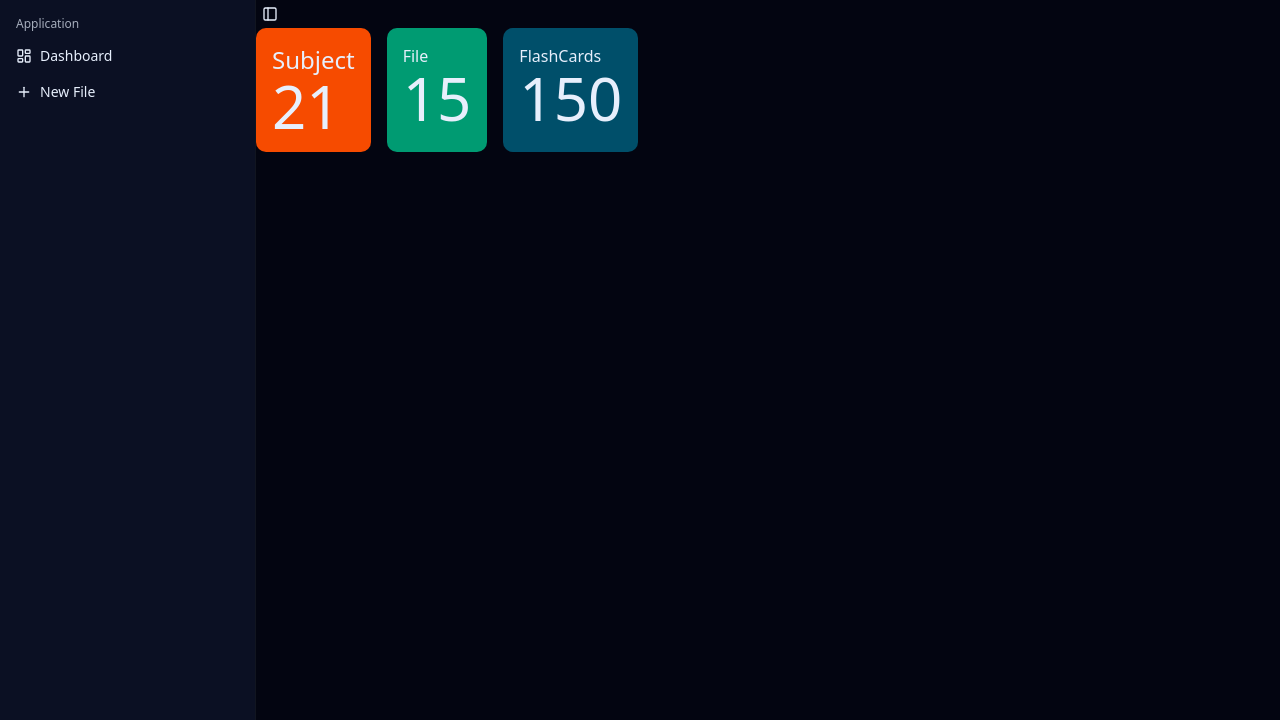
Repository: SywarDer/Student-Assistance
Page: /dashboard (app in student-assistant/)
These files come from the project's save history. The page is drawn as it stood at one moment and after the next save; the edit follows.
The browser window is 1280 px wide. The pictures show the whole page.
The project was rebuilt for these pictures with package versions that can differ from the ones it lists, and the page was loaded fresh each time. The framework's server and built-in components were replaced by stand-ins that run in the browser. Also part of the build but not shown: student-assistant/next.config.ts, student-assistant/components/ui/input.tsx, student-assistant/components/ui/separator.tsx, student-assistant/components/ui/skeleton.tsx. Imported but missing from the stored project, and not drawn on this page: student-assistant/components/ui/sheet.

Above is the page before, as saved 2025-10-30 19:54:39.

### student-assistant/app/layout.tsx
import type { Metadata } from "next";
import { Geist, Geist_Mono } from "next/font/google";
import "./globals.css";
import { SidebarProvider, SidebarTrigger } from "@/components/ui/sidebar";
import { AppSidebar } from "./home/components/navBar";

const geistSans = Geist({
  variable: "--font-geist-sans",
  subsets: ["latin"],
});

const geistMono = Geist_Mono({
  variable: "--font-geist-mono",
  subsets: ["latin"],
});

export const metadata: Metadata = {
  title: "Create Next App",
  description: "Generated by create next app",
};

export default function RootLayout({
children,
}: Readonly<{
  children: React.ReactNode;
}>) {
  return (
    <html lang="en">
      <body
        className={`${geistSans.variable} ${geistMono.variable} antialiased`}
      >
        <SidebarProvider>
      <AppSidebar />
      <main>
        <SidebarTrigger />
        {children}
         </main>
    </SidebarProvider>
      </body>
    </html>
  );
}

### student-assistant/app/dashboard/page.tsx
export default function Dashboard() {
    return (

        <div className="flex space-x-4">
            <div className="rounded-lg p-4" style={{
                backgroundColor: "var(--chart-1)",
                color: "var(--card-foreground)",
            }}>
                <h1 className="text-2xl">Subject</h1>
                <h1 className="text-6xl">21</h1>
            </div>
            <div className="rounded-lg p-4" style={{
                backgroundColor: "var(--chart-2)",
                color: "var(--card-foreground)",
            }}>
                <h1>File</h1>
                <h1 className="text-6xl">15</h1>
            </div>
            <div className="rounded-lg p-4" style={{
                backgroundColor: "var(--chart-3)",
                color: "var(--card-foreground)",
            }}>
                <h1>FlashCards</h1>
                <h1 className="text-6xl">150</h1>
            </div>
        </div>

    )
}

### student-assistant/app/globals.css
@import "tailwindcss";
@import "tw-animate-css";

@custom-variant dark (&:is(.dark *));

@theme inline {
  --color-background: var(--background);
  --color-foreground: var(--foreground);
  --font-sans: var(--font-geist-sans);
  --font-mono: var(--font-geist-mono);
  --color-sidebar-ring: var(--sidebar-ring);
  --color-sidebar-border: var(--sidebar-border);
  --color-sidebar-accent-foreground: var(--sidebar-accent-foreground);
  --color-sidebar-accent: var(--sidebar-accent);
  --color-sidebar-primary-foreground: var(--sidebar-primary-foreground);
  --color-sidebar-primary: var(--sidebar-primary);
  --color-sidebar-foreground: var(--sidebar-foreground);
  --color-sidebar: var(--sidebar);
  --color-chart-5: var(--chart-5);
  --color-chart-4: var(--chart-4);
  --color-chart-3: var(--chart-3);
  --color-chart-2: var(--chart-2);
  --color-chart-1: var(--chart-1);
  --color-ring: var(--ring);
  --color-input: var(--input);
  --color-border: var(--border);
  --color-destructive: var(--destructive);
  --color-accent-foreground: var(--accent-foreground);
  --color-accent: var(--accent);
  --color-muted-foreground: var(--muted-foreground);
  --color-muted: var(--muted);
  --color-secondary-foreground: var(--secondary-foreground);
  --color-secondary: var(--secondary);
  --color-primary-foreground: var(--primary-foreground);
  --color-primary: var(--primary);
  --color-popover-foreground: var(--popover-foreground);
  --color-popover: var(--popover);
  --color-card-foreground: var(--card-foreground);
  --color-card: var(--card);
  --radius-sm: calc(var(--radius) - 4px);
  --radius-md: calc(var(--radius) - 2px);
  --radius-lg: var(--radius);
  --radius-xl: calc(var(--radius) + 4px);
}

:root {
  --radius: 0.625rem;

  /* Base dark background & text */
  --background: oklch(0.12 0.03 270);        /* Dark gray-blue */
  --foreground: oklch(0.95 0.02 260);        /* Soft white */

  /* Cards & popovers */
  --card: oklch(0.18 0.04 270);              /* Slightly lighter than background */
  --card-foreground: var(--foreground);
  --popover: oklch(0.18 0.04 270);
  --popover-foreground: var(--foreground);

  /* Primary & secondary */
  --primary: oklch(0.6 0.12 260);            /* Deep blue */
  --primary-foreground: var(--foreground);
  --secondary: oklch(0.45 0.08 280);         /* Soft purple */
  --secondary-foreground: var(--foreground);

  /* Muted & accents */
  --muted: oklch(0.2 0.03 270);
  --muted-foreground: oklch(0.7 0.02 260);
  --accent: oklch(0.65 0.15 350);            /* Magenta/pinkish accent */
  --accent-foreground: var(--foreground);

  /* Destructive actions */
  --destructive: oklch(0.6 0.25 30);         /* Dark red */
  --border: oklch(0.3 0.02 270 / 40%);
  --input: oklch(0.15 0.03 270);             /* Slightly darker than card */
  --ring: oklch(0.5 0.03 270);

  /* Charts */
  --chart-1: oklch(0.65 0.22 40);
  --chart-2: oklch(0.6 0.15 170);
  --chart-3: oklch(0.4 0.08 230);
  --chart-4: oklch(0.6 0.18 300);
  --chart-5: oklch(0.55 0.2 50);

  /* Sidebar */
  --sidebar: oklch(0.18 0.04 270);
  --sidebar-foreground: var(--foreground);
  --sidebar-primary: var(--primary);
  --sidebar-primary-foreground: var(--foreground);
  --sidebar-accent: var(--accent);
  --sidebar-accent-foreground: var(--foreground);
  --sidebar-border: oklch(0.3 0.02 270 / 40%);
  --sidebar-ring: oklch(0.5 0.03 270);
}

/* Optional light mode toggle */
.light {
  --background: oklch(0.98 0.02 260);       /* Light gray */
  --foreground: oklch(0.12 0.03 270);       /* Dark text */

  --card: oklch(0.99 0.03 260);
  --card-foreground: var(--foreground);
  --popover: oklch(0.99 0.03 260);
  --popover-foreground: var(--foreground);

  --primary: oklch(0.2 0.05 260);
  --primary-foreground: var(--foreground);
  --secondary: oklch(0.5 0.1 280);
  --secondary-foreground: var(--foreground);

  --muted: oklch(0.85 0.03 270);
  --muted-foreground: oklch(0.35 0.02 260);
  --accent: oklch(0.8 0.2 350);
  --accent-foreground: var(--foreground);

  --destructive: oklch(0.9 0.25 30);
  --border: oklch(0.8 0.02 270 / 30%);
  --input: oklch(0.95 0.03 260);
  --ring: oklch(0.7 0.03 270);

  --chart-1: oklch(0.65 0.22 40);
  --chart-2: oklch(0.6 0.15 170);
  --chart-3: oklch(0.4 0.08 230);
  --chart-4: oklch(0.6 0.18 300);
  --chart-5: oklch(0.55 0.2 50);

  --sidebar: oklch(0.95 0.03 260);
  --sidebar-foreground: var(--foreground);
  --sidebar-primary: var(--primary);
  --sidebar-primary-foreground: var(--foreground);
  --sidebar-accent: var(--accent);
  --sidebar-accent-foreground: var(--foreground);
  --sidebar-border: oklch(0.8 0.02 270 / 30%);
  --sidebar-ring: oklch(0.7 0.03 270);
}



@layer base {
  * {
    @apply border-border outline-ring/50;
  }
  body {
    @apply bg-background text-foreground;
  }
}

### student-assistant/app/home/components/navBar.tsx
import { Calendar, Home, Inbox, LayoutDashboardIcon, PlusIcon, Search, Settings } from "lucide-react"

import {
  Sidebar,
  SidebarContent,
  SidebarGroup,
  SidebarGroupContent,
  SidebarGroupLabel,
  SidebarMenu,
  SidebarMenuButton,
  SidebarMenuItem,
} from "@/components/ui/sidebar"


const items = [
  {
    title: "Dashboard",
    url: "/dashboard",
    icon: LayoutDashboardIcon,
  },
  {
    title: "New File",
    url: "/new-file",
    icon: PlusIcon,
  },

]

export function AppSidebar() {
  return (
    <Sidebar>
      <SidebarContent>
        <SidebarGroup>
          <SidebarGroupLabel>Application</SidebarGroupLabel>
          <SidebarGroupContent>
            <SidebarMenu>
              {items.map((item) => (
                <SidebarMenuItem key={item.title}>
                  <SidebarMenuButton asChild>
                    <a href={item.url}>
                      <item.icon />
                      <span>{item.title}</span>
                    </a>
                  </SidebarMenuButton>
                </SidebarMenuItem>
              ))}
            </SidebarMenu>
          </SidebarGroupContent>
        </SidebarGroup>
      </SidebarContent>
    </Sidebar>
  )
}

### student-assistant/components/ui/button.tsx
import * as React from "react"
import { Slot } from "@radix-ui/react-slot"
import { cva, type VariantProps } from "class-variance-authority"

import { cn } from "@/lib/utils"

const buttonVariants = cva(
  "inline-flex items-center justify-center gap-2 whitespace-nowrap rounded-md text-sm font-medium transition-all disabled:pointer-events-none disabled:opacity-50 [&_svg]:pointer-events-none [&_svg:not([class*='size-'])]:size-4 shrink-0 [&_svg]:shrink-0 outline-none focus-visible:border-ring focus-visible:ring-ring/50 focus-visible:ring-[3px] aria-invalid:ring-destructive/20 dark:aria-invalid:ring-destructive/40 aria-invalid:border-destructive",
  {
    variants: {
      variant: {
        default: "bg-primary text-primary-foreground hover:bg-primary/90",
        destructive:
          "bg-destructive text-white hover:bg-destructive/90 focus-visible:ring-destructive/20 dark:focus-visible:ring-destructive/40 dark:bg-destructive/60",
        outline:
          "border bg-background shadow-xs hover:bg-accent hover:text-accent-foreground dark:bg-input/30 dark:border-input dark:hover:bg-input/50",
        secondary:
          "bg-secondary text-secondary-foreground hover:bg-secondary/80",
        ghost:
          "hover:bg-accent hover:text-accent-foreground dark:hover:bg-accent/50",
        link: "text-primary underline-offset-4 hover:underline",
      },
      size: {
        default: "h-9 px-4 py-2 has-[>svg]:px-3",
        sm: "h-8 rounded-md gap-1.5 px-3 has-[>svg]:px-2.5",
        lg: "h-10 rounded-md px-6 has-[>svg]:px-4",
        icon: "size-9",
        "icon-sm": "size-8",
        "icon-lg": "size-10",
      },
    },
    defaultVariants: {
      variant: "default",
      size: "default",
    },
  }
)

function Button({
  className,
  variant,
  size,
  asChild = false,
  ...props
}: React.ComponentProps<"button"> &
  VariantProps<typeof buttonVariants> & {
    asChild?: boolean
  }) {
  const Comp = asChild ? Slot : "button"

  return (
    <Comp
      data-slot="button"
      className={cn(buttonVariants({ variant, size, className }))}
      {...props}
    />
  )
}

export { Button, buttonVariants }

### student-assistant/components/ui/tooltip.tsx
"use client"

import * as React from "react"
import * as TooltipPrimitive from "@radix-ui/react-tooltip"

import { cn } from "@/lib/utils"

function TooltipProvider({
  delayDuration = 0,
  ...props
}: React.ComponentProps<typeof TooltipPrimitive.Provider>) {
  return (
    <TooltipPrimitive.Provider
      data-slot="tooltip-provider"
      delayDuration={delayDuration}
      {...props}
    />
  )
}

function Tooltip({
  ...props
}: React.ComponentProps<typeof TooltipPrimitive.Root>) {
  return (
    <TooltipProvider>
      <TooltipPrimitive.Root data-slot="tooltip" {...props} />
    </TooltipProvider>
  )
}

function TooltipTrigger({
  ...props
}: React.ComponentProps<typeof TooltipPrimitive.Trigger>) {
  return <TooltipPrimitive.Trigger data-slot="tooltip-trigger" {...props} />
}

function TooltipContent({
  className,
  sideOffset = 0,
  children,
  ...props
}: React.ComponentProps<typeof TooltipPrimitive.Content>) {
  return (
    <TooltipPrimitive.Portal>
      <TooltipPrimitive.Content
        data-slot="tooltip-content"
        sideOffset={sideOffset}
        className={cn(
          "bg-foreground text-background animate-in fade-in-0 zoom-in-95 data-[state=closed]:animate-out data-[state=closed]:fade-out-0 data-[state=closed]:zoom-out-95 data-[side=bottom]:slide-in-from-top-2 data-[side=left]:slide-in-from-right-2 data-[side=right]:slide-in-from-left-2 data-[side=top]:slide-in-from-bottom-2 z-50 w-fit origin-(--radix-tooltip-content-transform-origin) rounded-md px-3 py-1.5 text-xs text-balance",
          className
        )}
        {...props}
      >
        {children}
        <TooltipPrimitive.Arrow className="bg-foreground fill-foreground z-50 size-2.5 translate-y-[calc(-50%_-_2px)] rotate-45 rounded-[2px]" />
      </TooltipPrimitive.Content>
    </TooltipPrimitive.Portal>
  )
}

export { Tooltip, TooltipTrigger, TooltipContent, TooltipProvider }

Loaded but not shown: student-assistant/hooks/use-mobile.ts (common file); student-assistant/lib/utils.ts (common file); student-assistant/components/ui/sidebar.tsx (726 lines, source omitted)

After the next save:
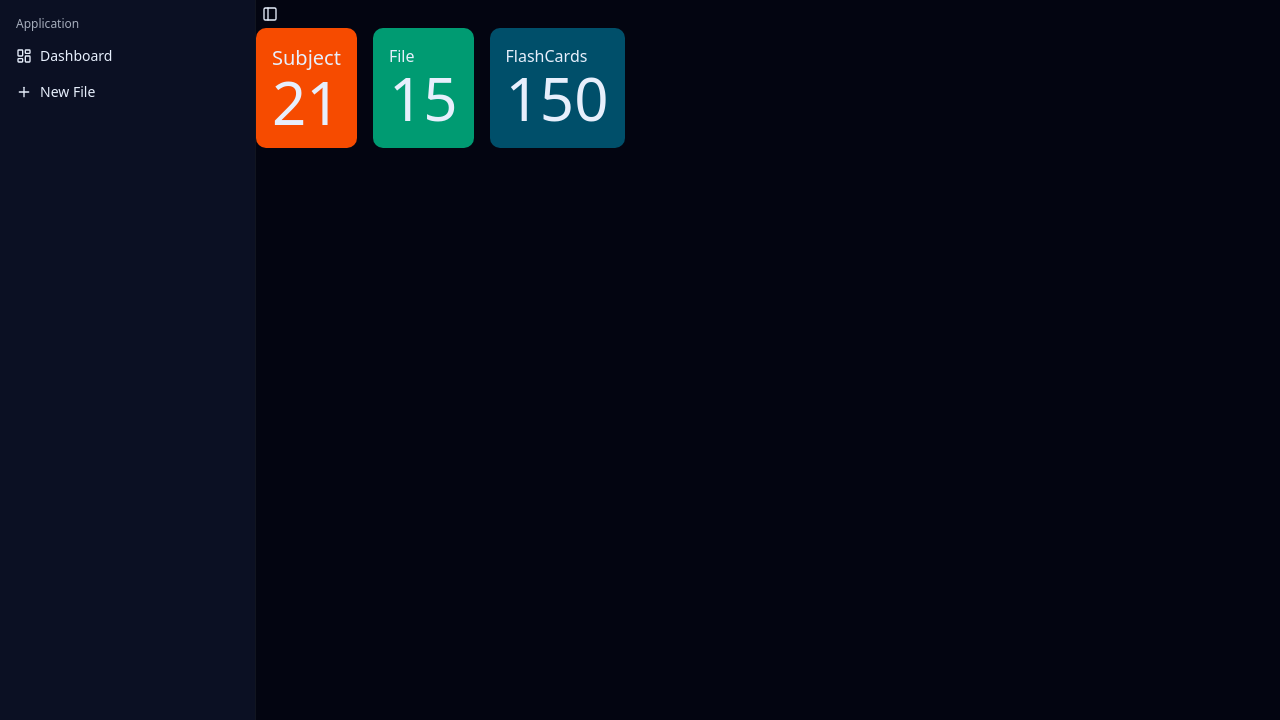
Saved 9 s later.
--- a/student-assistant/app/dashboard/page.tsx
+++ b/student-assistant/app/dashboard/page.tsx
@@ -6,7 +6,7 @@ export default function Dashboard() {
                 backgroundColor: "var(--chart-1)",
                 color: "var(--card-foreground)",
             }}>
-                <h1 className="text-2xl">Subject</h1>
+                <h1 className="text-xl">Subject</h1>
                 <h1 className="text-6xl">21</h1>
             </div>
             <div className="rounded-lg p-4" style={{
